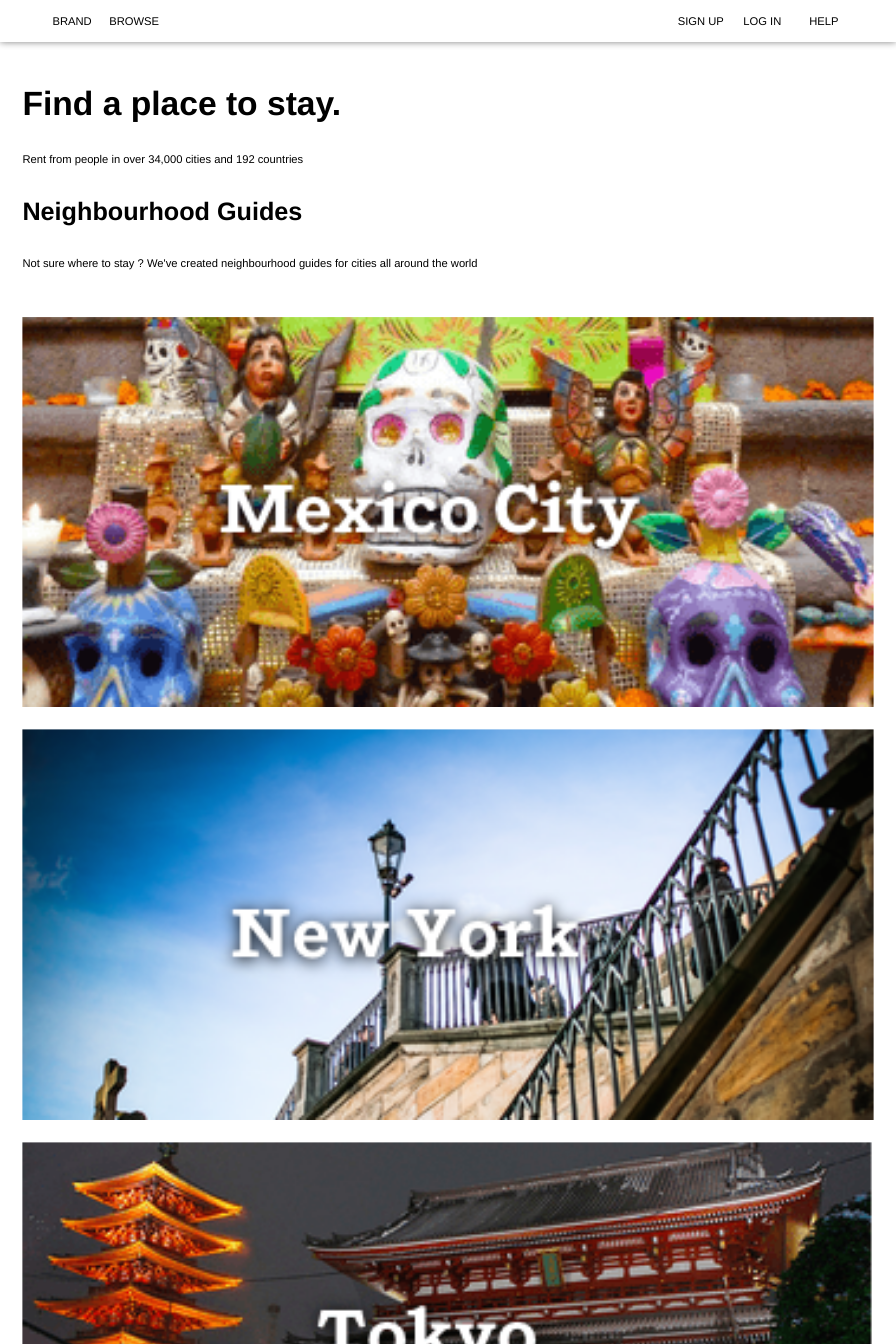
Repository: Naohonproject/web101x02-asm3
Page: Project3.html
The author's editor kept a copy of each file at every save. The page is drawn from the files as they stood at one save, then again after the next save.
The browser window is 1280 px wide. The pictures show the part of the page from y = 0 to 1920 px (the page is 4338 px tall before and 4398 px after), at 70% of full size.

Above is the page before, as saved 2022-01-22 14:13:35.

### Project3.html
<!-- @format -->

<!DOCTYPE html>
<html lang="en">
	<head>
		<meta charset="UTF-8" />
		<meta http-equiv="X-UA-Compatible" content="IE=edge" />
		<meta name="viewport" content="width=device-width, initial-scale=1.0" />
		<link rel="stylesheet" href="./assets/css/style.css" />

		<link rel="stylesheet" href="./assets/css/layout.css" />
		<link rel="stylesheet" href="./assets/css/responsive.css" />
		<title>Home</title>
	</head>
	<body>
		<header id="header">
			<div class="header-wrapper">
				<div class="nav-bar">
					<div class="left-col">
						<div class="nav-item ml">
							<a href="#">Brand</a>
						</div>

						<div class="nav-item ml">
							<a href="#">Browse</a>
						</div>
					</div>

					<div class="right-col">
						<div class="nav-item ml">
							<a href="Signup.html" target="_blank">Sign Up</a>
						</div>

						<div class="nav-item ml">
							<a href="login.html" target="_blank">Log In</a>
						</div>

						<div class="nav-item ml mr">
							<a href="#" target="_blank">Help</a>
						</div>
					</div>
				</div>
			</div>
		</header>

		<div id="main" class="p-32">
			<div id="banner">
				<div class="banner-wrapper">
					<div class="content-heading">
						<h1>Find a place to stay.</h1>
					</div>
					<div class="content-desc">
						<p>Rent from people in over 34,000 cities and 192 countries</p>
					</div>
				</div>
			</div>

			<div id="section">
				<div class="section-wrapper">
					<div class="section-heading">
						<h2>Neighbourhood Guides</h2>
					</div>
					<div class="section-desc">
						<p>
							Not sure where to stay ? We've created neighbourhood guides for
							cities all around the world
						</p>
					</div>
				</div>
			</div>

			<div id="img-list">
				<div class="img-list-wrapper row">
					<div class="image-block">
						<img
							class="first-img"
							src="./assets/img/web101x-Mexico City.png"
							alt="Mexico City"
							width="360"
						/>
						<img
							src="./assets/img/web101x-New York.png"
							alt="New York City"
							width="360"
						/>
					</div>
					<div class="image-block">
						<img
							class="first-img"
							src="./assets/img/web101x-Tokyo.png"
							alt="Tokyo City"
							width="360"
						/>
						<img
							src="./assets/img/web101x-Paris.png"
							alt="Paris City"
							width="360"
						/>
					</div>
					<div class="image-block">
						<img
							src="./assets/img/web101x-Invitation.png"
							alt="Invitation image"
							width="360"
						/>
					</div>
				</div>
				<div class="clear"></div>
			</div>
		</div>

		<footer id="footer" class="p-32">
			<div class="footer-wrapper box-padding">
				<div class="footer-block">
					<h3 class="bold-text">Travel</h3>
					<p>
						From appartments and rooms to treehouse and boats: stay in unique
						spaces in 192 countries
					</p>
					<a href="#">See how to travel on Airnbnb</a>
				</div>

				<div class="footer-block">
					<h3 class="bold-text">Host</h3>
					<p>
						Renting out your unused spaces could pay your bills or fund your
						next vacation.
					</p>
					<a href="#">Learn more about Hosting</a>
				</div>

				<div class="footer-block">
					<h3 class="bold-text">Trust and Safety</h3>
					<p>
						From verified ID to our worldwide customer support team, we've got
						your back.
					</p>
					<a href="#">Learn about trust at Airnbnb</a>
				</div>
				<div class="clear"></div>
			</div>
		</footer>
	</body>
</html>

### assets/css/style.css
/**
 * /* ======reset css======
 *
 * @format
 */

*,
::before,
::after {
	padding: 0;
	margin: 0;
	box-sizing: border-box;
	list-style-type: none;
	text-decoration: none;
	color: #000;
}

html {
	font-family: "Helvetica Neue", Helvetica, Arial;
}

.header-wrapper {
	font-size: 16px;
}

.nav-bar a {
	color: #fff;
	text-transform: uppercase;
}

### assets/css/layout.css
/** @format */
.ml {
	margin-left: 10px;
}

.mr {
	margin-right: 10px;
}

.row {
	display: flex;
	flex-direction: row;
	flex-wrap: wrap;
}

.row > * {
	width: 100%;
	max-width: 100%;
	flex-shrink: 0;
}

#header {
	width: 100vw;
	height: 60px;
	background-color: #60646d;
	background-clip: border-box;
	position: fixed;
	left: 0;
	top: 0;
	z-index: 1;
}

.nav-bar {
	display: flex;
	flex-direction: row;
	flex-wrap: no-wrap;
	align-items: center;
	justify-content: space-evenly;
	padding: 0 20px;
}

.nav-item {
	width: 70px;
	height: 60px;
	padding: 22px 0;
	text-align: center;
}

.left-col {
	display: flex;
	flex: 2;
	flex-direction: row;
	justify-content: space-around;
	align-items: center;
}

.right-col {
	display: flex;
	flex: 3;
	flex-direction: row;
	justify-content: space-around;
	align-items: center;
}

#main {
	margin-top: 60px;
}

#main,
#footer {
	padding: 32px;
}

#banner {
	width: 100%;
	background-color: #fff;
	color: #000;
	position: relative;
	top: 0;
	left: 0;
}

div[class*="-heading"] {
	padding: 28px 0;
	font-size: 24px;
}

div[class*="-desc"] {
	padding: 16px 0;
}

#img-list {
	width: 100%;
}

#img-list .img-list-wrapper {
	padding: 24px 0;
	margin: 0 auto;
}

#img-list img {
	width: 100%;
	margin-top: 28px;
}

### assets/css/responsive.css
/** @format */

/* ========responsive for tablet */

@media screen and (min-width: 768px) {
	#header {
		background-color: #87766c;
	}

	.nav-bar {
		padding: 0 28px;
	}

	.left-col {
		justify-content: flex-start;
	}

	.right-col {
		justify-content: flex-end;
	}

	.ml {
		margin-left: 14px;
	}

	.mr {
		margin-right: 14px;
	}
}

/* ========responsive for desktop */

@media screen and (min-width: 992px) {
	#header {
		background-color: #fff;
		box-shadow: 0 0 10px gray;
	}

	.nav-bar {
		padding: 0 50px;
	}

	.left-col {
		justify-content: flex-start;
	}

	.right-col {
		justify-content: flex-end;
	}

	.ml {
		margin-left: 18px;
	}

	.mr {
		margin-right: 18px;
	}

	.nav-bar a {
		color: #000;
	}
}

After the next save:
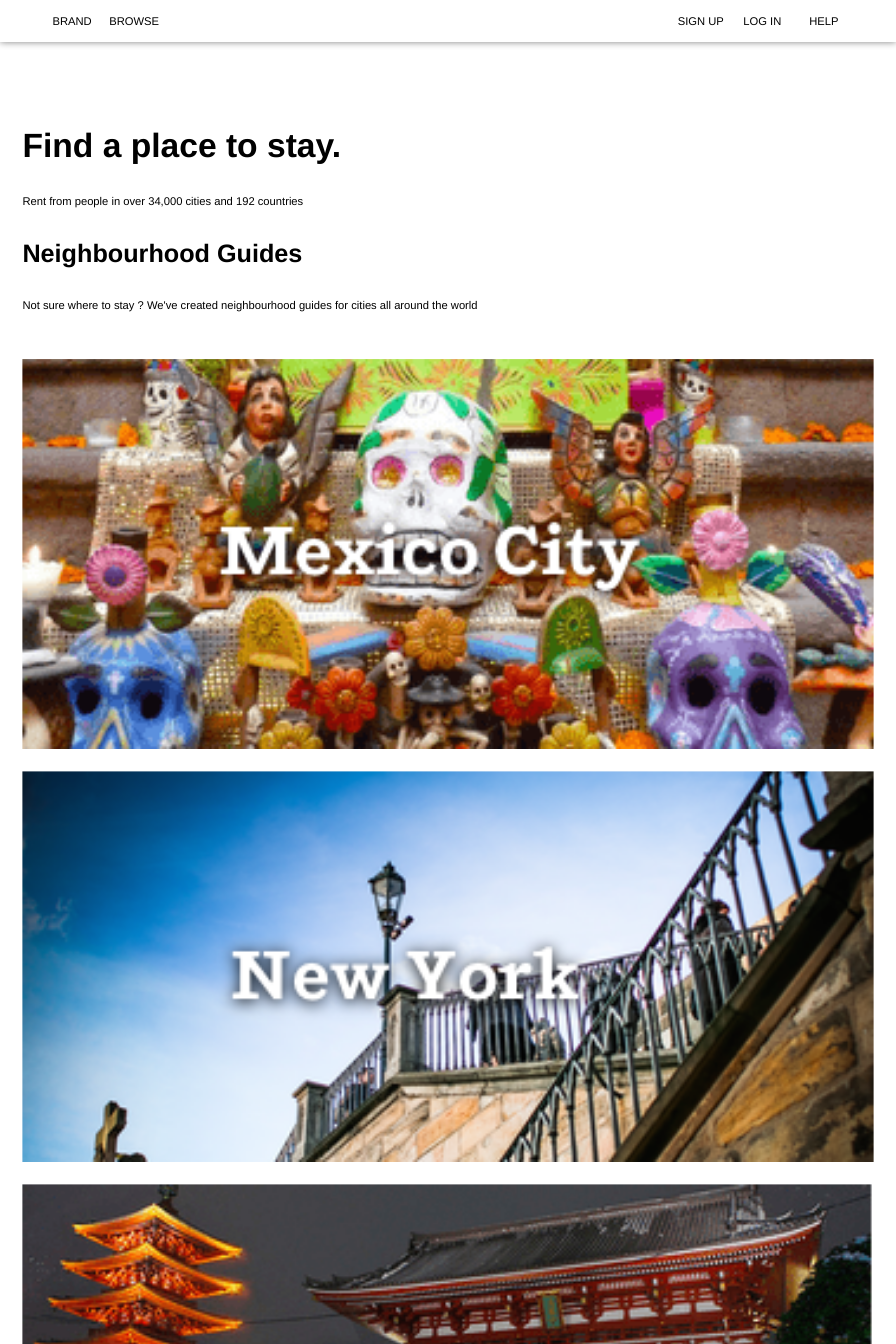
Saved 5 min 59 s later.
--- a/assets/css/layout.css
+++ b/assets/css/layout.css
@@ -17,6 +17,22 @@
 	width: 100%;
 	max-width: 100%;
 	flex-shrink: 0;
+}
+
+
+
+    .col-1 {width: 8.33%;}
+    .col-2 {width: 16.66%;}
+    .col-3 {width: 25%;}
+    .col-4 {width: 33.33%;}
+    .col-5 {width: 41.66%;}
+    .col-6 {width: 50%;}
+    .col-7 {width: 58.33%;}
+    .col-8 {width: 66.66%;}
+    .col-9 {width: 75%;}
+    .col-10 {width: 83.33%;}
+    .col-11 {width: 91.66%;}
+    .col-12 {width: 100%;}
 }
 
 #header {

After the save that followed:
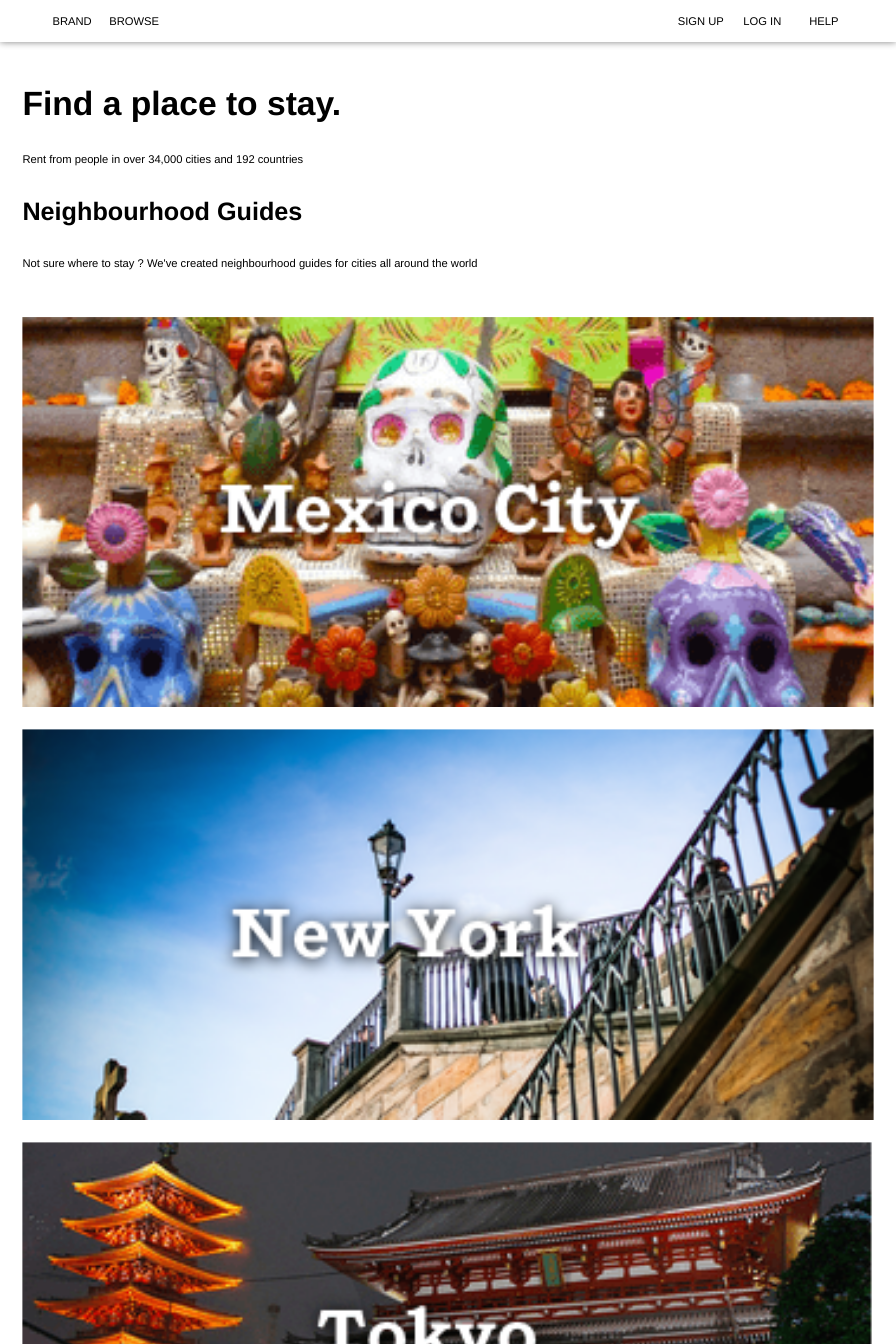
Saved 5 s later.
--- a/assets/css/layout.css
+++ b/assets/css/layout.css
@@ -19,20 +19,41 @@
 	flex-shrink: 0;
 }
 
-
-
-    .col-1 {width: 8.33%;}
-    .col-2 {width: 16.66%;}
-    .col-3 {width: 25%;}
-    .col-4 {width: 33.33%;}
-    .col-5 {width: 41.66%;}
-    .col-6 {width: 50%;}
-    .col-7 {width: 58.33%;}
-    .col-8 {width: 66.66%;}
-    .col-9 {width: 75%;}
-    .col-10 {width: 83.33%;}
-    .col-11 {width: 91.66%;}
-    .col-12 {width: 100%;}
+.col-1 {
+	width: 8.33%;
+}
+.col-2 {
+	width: 16.66%;
+}
+.col-3 {
+	width: 25%;
+}
+.col-4 {
+	width: 33.33%;
+}
+.col-5 {
+	width: 41.66%;
+}
+.col-6 {
+	width: 50%;
+}
+.col-7 {
+	width: 58.33%;
+}
+.col-8 {
+	width: 66.66%;
+}
+.col-9 {
+	width: 75%;
+}
+.col-10 {
+	width: 83.33%;
+}
+.col-11 {
+	width: 91.66%;
+}
+.col-12 {
+	width: 100%;
 }
 
 #header {
